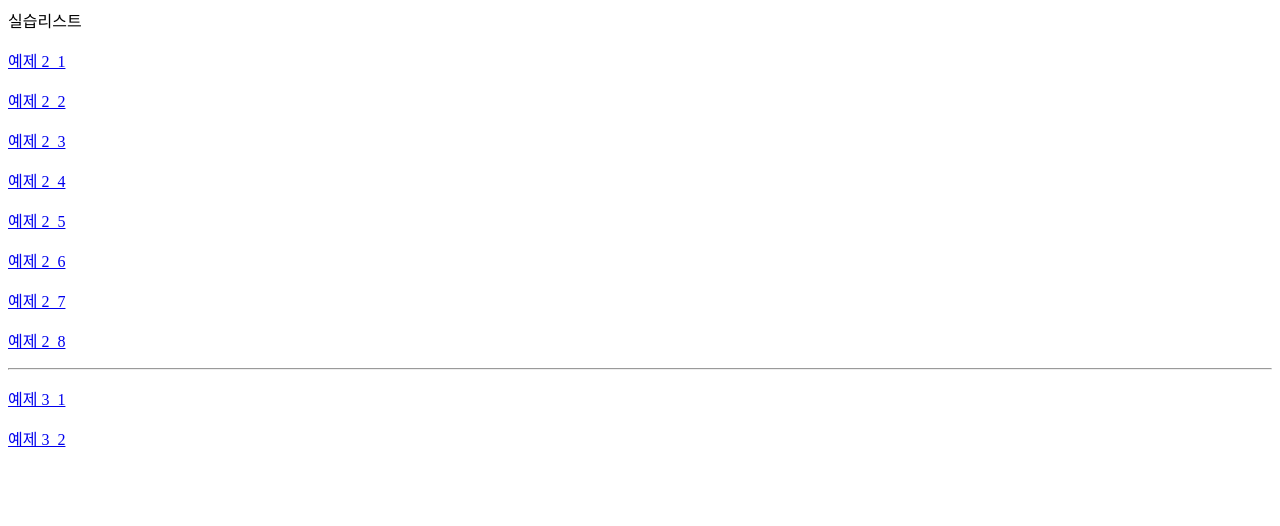
Repository: pjongbum/JSP
Page: http://localhost/jsbook/
An editor plug-in stored every save of this project. The page is shown before and after the next save, followed by the edit.
The browser window is 1280 px wide. The pictures show the whole page.
The page is served by Tomcat 10.

Above is the page before, as saved 2024-10-08 05:12:43.

After the next save:
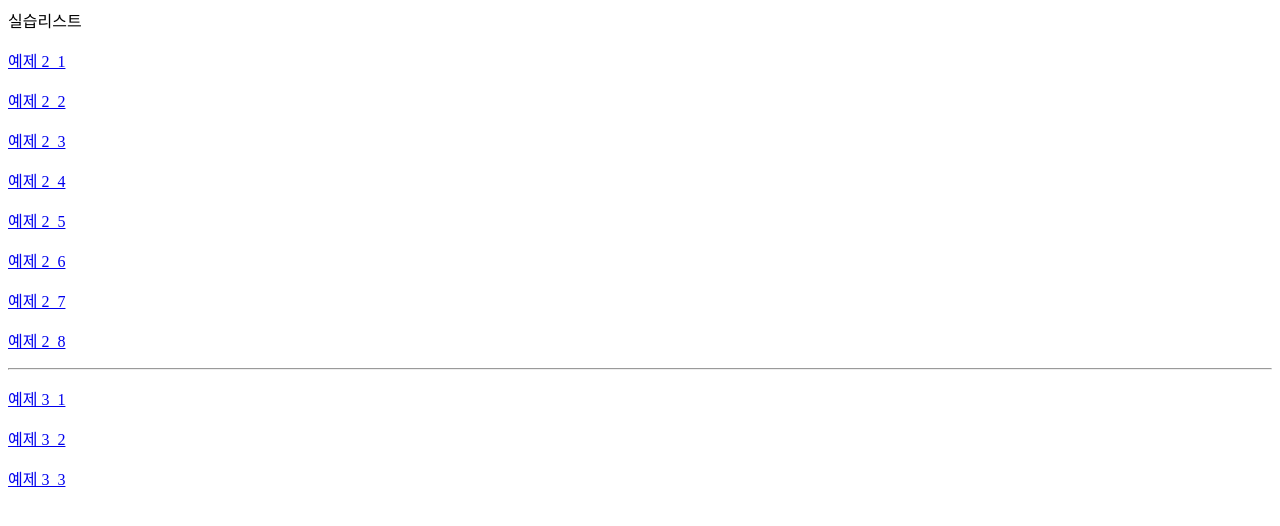
Saved 20 min 52 s later.
--- a/jsbook/src/main/webapp/index.jsp
+++ b/jsbook/src/main/webapp/index.jsp
@@ -19,5 +19,6 @@
 <hr></hr>
 <p><a href = "3_1">예제 3_1</a></p>
 <p><a href = "3_2">예제 3_2</a></p>
+<p><a href = "3_3">예제 3_3</a></p>
 </body>
 </html>
